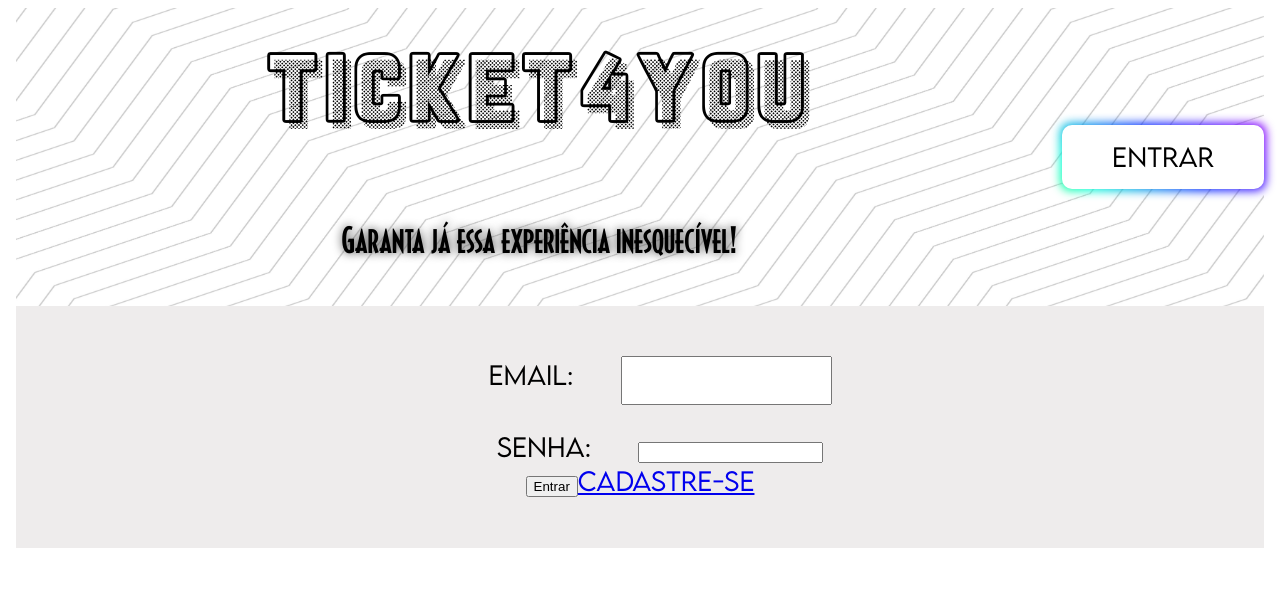
Repository: hellengurgaczz/projeto-DSA
Page: /login
The author's editor kept a copy of each file at every save. The page is drawn from the files as they stood at one save, then again after the next save.
The browser window is 1280 px wide. The pictures show the whole page.
The project was rebuilt for these pictures with package versions that can differ from the ones it lists, and the page was loaded fresh each time. Also part of the build but not shown: angular.json, src/app/ingressos/templates/cadastrar/cadastrar.component.ts, src/app/models/ingresso.model.ts, src/app/services/ingresso.service.ts, src/app/compra/comprar-ingresso/comprar-ingresso.component.ts, src/app/models/compra.model.ts, src/app/services/compra.service.ts, src/app/ingressos/templates/deletar/deletar.component.ts and 3 more.

Above is the page before, as saved 2022-05-10 12:32:06.

After the next save:
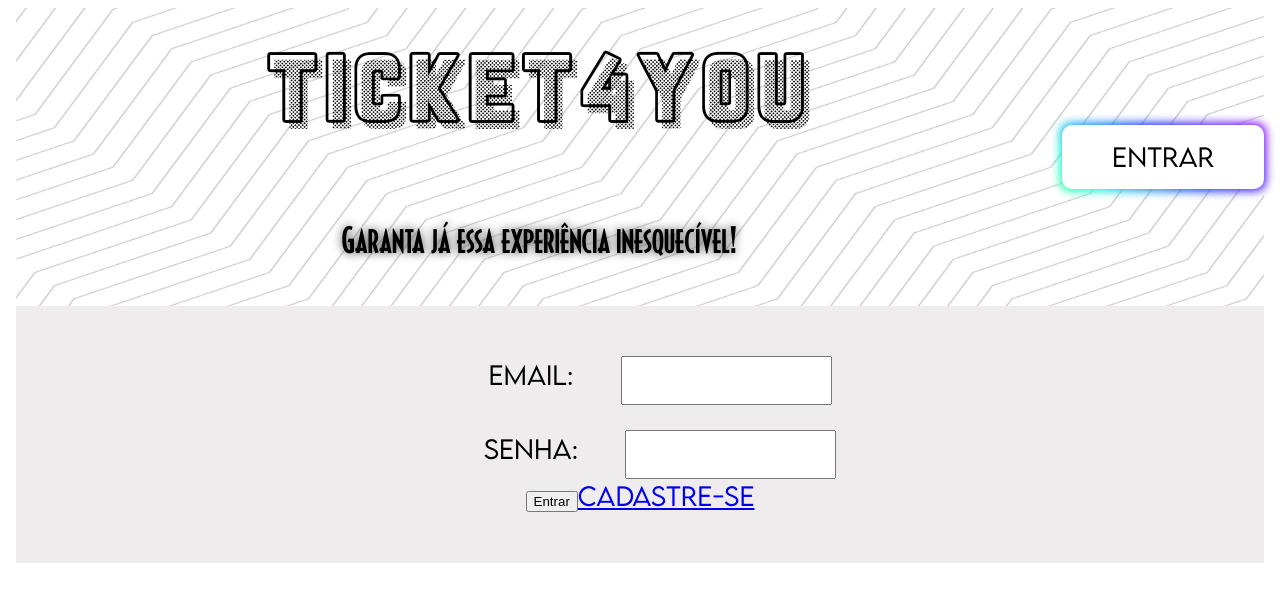
Saved 9 s later.
--- a/src/app/login/login.component.html
+++ b/src/app/login/login.component.html
@@ -5,7 +5,7 @@
     <p></p>
 
     <label class="senha" for="senha">Senha: </label>
-    <input type="password"  name="email" class="senhainuput" [(ngModel)]="login.senha">
+    <input type="password"  name="email" class="senhainput" [(ngModel)]="login.senha">
 
     <div>
         <button (click)="verificarLogin()">Entrar</button>
